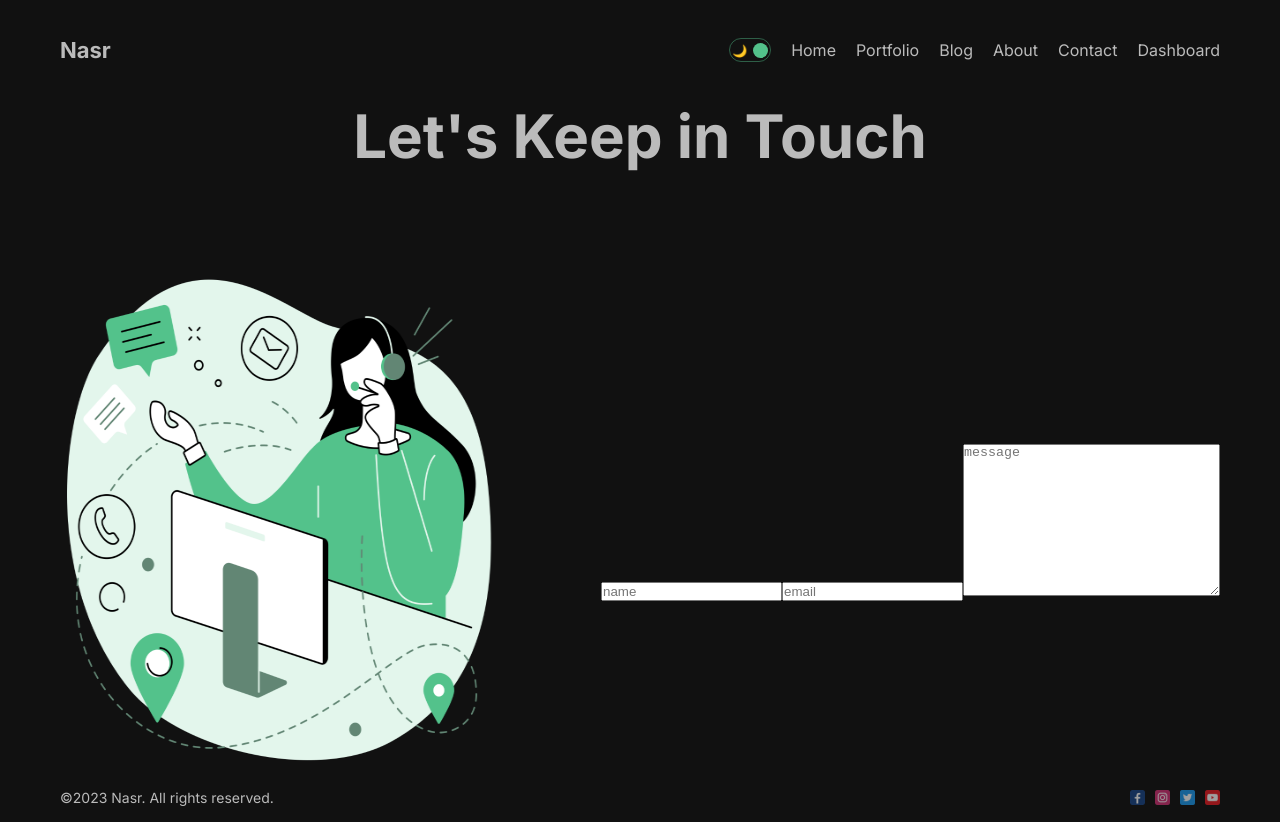
Repository: MoNasr2022/Nast-Blog
Page: /contact
An editor plug-in stored every save of this project. The page is shown before and after the next save, followed by the edit.
The browser window is 1280 px wide. The pictures show the whole page.
The page's requests for data from a server got no answer. The project was rebuilt for these pictures with package versions that can differ from the ones it lists, and the page was loaded fresh each time. The framework's server and built-in components were replaced by stand-ins that run in the browser. No one was signed in, and anything a server would have sent is missing. Also part of the build but not shown: next.config.js, src/components/Button/button.module.css, src/components/Button/Button.jsx.

Above is the page before, as saved 2023-06-15 13:59:23.

### src/app/layout.js
import Navbar from "@/components/navbar/Navbar";
import "./globals.css";
import { Inter, Roboto, Poppins } from "next/font/google";
import Footer from "@/components/footer/Footer";
import { ThemeProvider } from "@/context/ThemeContext";
import AuthProvider from "@/components/AuthProvider/AuthProvider";

const inter = Inter({ subsets: ["latin"] });

export const metadata = {
  title: "Nasr Blog",
  description: "This is the description",
};

export default function RootLayout({ children }) {
  return (
    <html lang="en">
      <body className={inter.className}>
        <ThemeProvider>
          <AuthProvider>
            <div className="container">
              <Navbar />
              {children}
              <Footer />
            </div>
          </AuthProvider>
        </ThemeProvider>
      </body>
    </html>
  );
}

### src/app/contact/page.jsx
import React from "react";
import styles from "./page.module.css";
import Image from "next/image";
import Button from "@/components/Button/Button";

export const metadata = {
  title: "Lama Dev Contact Information",
  description: "This is Contact Page",
};

const Contact = () => {
  return (
    // <div className={styles.container}>
    //   <h1 className={styles.title}>Let's Keep in Touch</h1>
    //   <div className={styles.content}>
    //     <div className={styles.imgContainer}>
    //       <Image
    //         src="/contact.png"
    //         alt=""
    //         fill={true}
    //         className={styles.image}
    //       />
    //     </div>
    //     <form className={styles.form}>
    //       <input type="text" placeholder="name" className={styles.input} />
    //       <input type="text" placeholder="email" className={styles.input} />
    //       <textarea
    //         className={styles.textArea}
    //         placeholder="message"
    //         cols="30"
    //         rows="10"
    //       ></textarea>
    //       <Button url="#" text="Send"/>
    //     </form>
    //   </div>
    // </div>
    <div className={styles.container}>
      <h1 className={styles.title}>Let's Keep in Touch</h1>
      <div className={styles.content}>
        <div className={styles.imgContainer}>
          <Image src="/contact.png"
            alt=""
            fill={true}
            className={styles.image}
          />
        </div>
        <form className={styles.form}>
          <input type="text" placeholder="name" className={styles.input} />
          <input type="text" placeholder="email" className={styles.input} />
          <textarea
            className={styles.textArea}
            placeholder="message"
            cols="30"
            rows="10"
          />
        </form>
      </div>
    </div>
  );
};

export default Contact;

### src/components/navbar/Navbar.jsx
"use client";

import Link from "next/link";
import React from "react";
import styles from "./navbar.module.css";
import DarkModeToggle from "../DarkModeToggle/DarkModeToggle";
import { signOut, useSession } from "next-auth/react";

const links = [
  {
    id: 1,
    title: "Home",
    url: "/",
  },
  {
    id: 2,
    title: "Portfolio",
    url: "/portfolio",
  },
  {
    id: 3,
    title: "Blog",
    url: "/blog",
  },
  {
    id: 4,
    title: "About",
    url: "/about",
  },
  {
    id: 5,
    title: "Contact",
    url: "/contact",
  },
  {
    id: 6,
    title: "Dashboard",
    url: "/dashboard",
  },
];

const Navbar = () => {
  const session = useSession();

  return (
    <div className={styles.container}>
      <Link href="/" className={styles.logo}>
        Nasr
      </Link>
      <div className={styles.links}>
        <DarkModeToggle />
        {links.map((link) => (
          <Link key={link.id} href={link.url} className={styles.link}>
            {link.title}
          </Link>
        ))}
        {session.status === "authenticated" && (
          <button className={styles.logout} onClick={signOut}>
            Logout
          </button>
        )}
      </div>
    </div>
  );
};

export default Navbar;

### src/components/footer/Footer.jsx
import React from "react";
import styles from "./footer.module.css";
import Image from "next/image";

const Footer = () => {
  return (
    <div className={styles.container}>
      <div>©2023 Nasr. All rights reserved.</div>
      <div className={styles.social}>
        <Image src="/1.png" width={15} height={15} className={styles.icon} alt="Nasr Facebook Account" />
        <Image src="/2.png" width={15} height={15} className={styles.icon} alt="Nasr" />
        <Image src="/3.png" width={15} height={15} className={styles.icon} alt="Nasr" />
        <Image src="/4.png" width={15} height={15} className={styles.icon} alt="Nasr" />
      </div>
    </div>
  );
};

export default Footer;

### src/app/contact/page.module.css
/* .container {
}

.title {
  font-size: 60px;
  margin-bottom: 100px;
  text-align: center;
}

.content {
  display: flex;
  align-items: center;
  gap: 100px;
}

.imgContainer {
  flex: 1;
  height: 500px;
  position: relative;
}

.image {
  object-fit: contain;
  /* animation: move 3s infinite ease alternate;
}

@keyframes move {
  from {
    transform: translateY(-15px);
  }
  to {
    transform: translateY(0px) scale(1.03);
  }
}

.form {
  flex: 1;
  display: flex;
  flex-direction: column;
  gap: 20px;
}

.input,
.textArea {
  padding: 20px;
  background-color: transparent;
  border: none;
  outline: none;
  color: #bbb;
  border: 3px solid #bbb;
  font-size: 20px;
  font-weight: bold;
} */
.container {

}
.title{
  font-size: 60px;
  margin-bottom: 100px;
  text-align: center;
}
.content {
  display: flex;
  align-items: center;
  gap: 100px;

}
.imgContainer {
  position: relative;
  flex: 1;
  height: 500px;

}

Loaded but not shown: src/app/globals.css (common file); src/context/ThemeContext.js (common file); src/components/AuthProvider/AuthProvider.jsx (common file); src/components/navbar/navbar.module.css (common file); src/components/DarkModeToggle/DarkModeToggle.jsx (common file); src/components/footer/footer.module.css (common file); src/components/DarkModeToggle/darkModeToggle.module.css (common file)

After the next save:
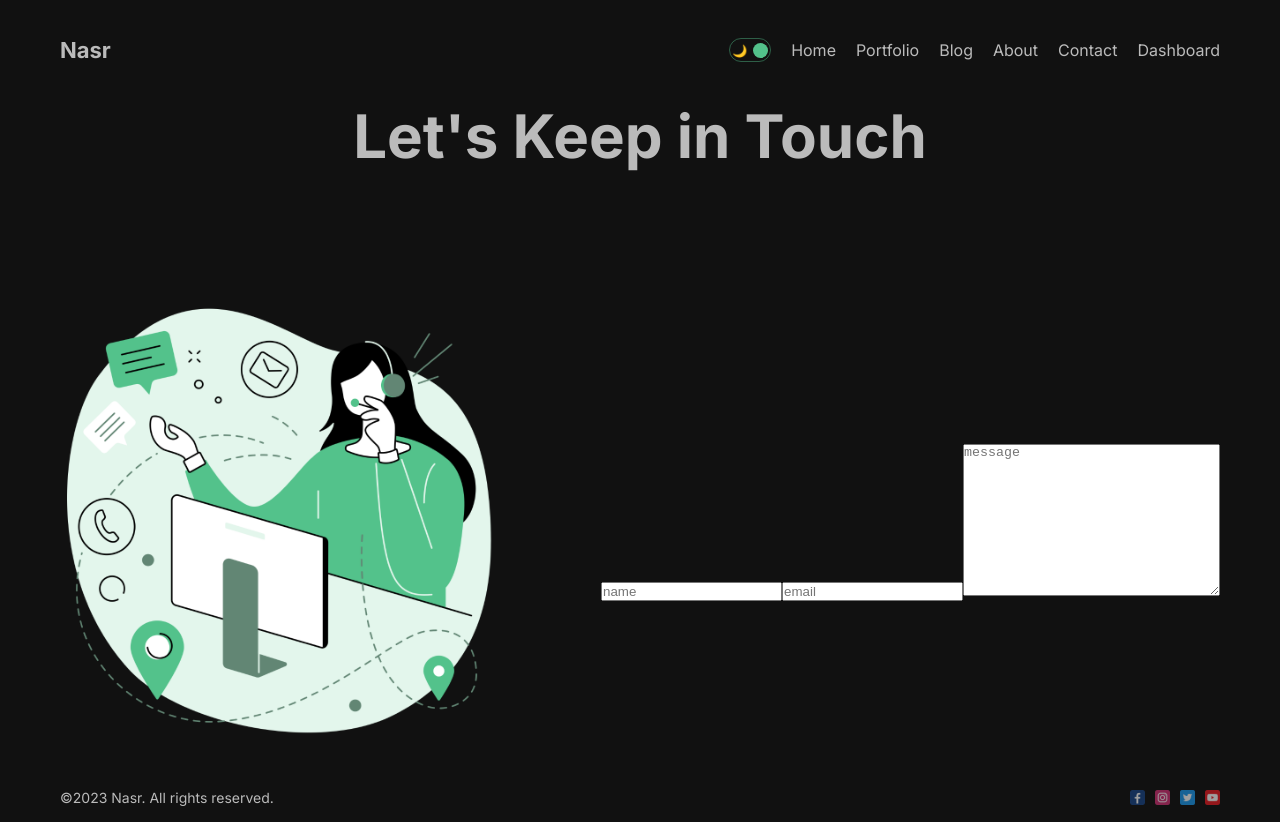
Saved 13 s later.
--- a/src/app/contact/page.module.css
+++ b/src/app/contact/page.module.css
@@ -71,3 +71,7 @@
   height: 500px;
 
 }
+.image {
+  object-fit: contain;
+  animation: move 3s infinite ease alternate;
+}
